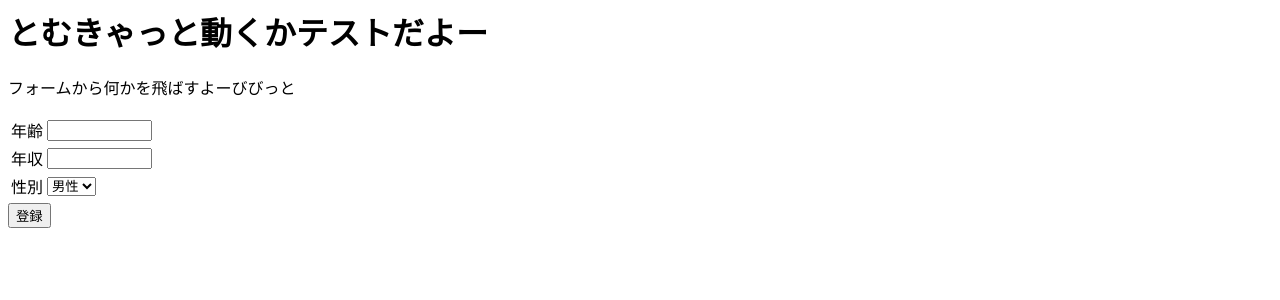
Repository: lunalice/01_START
Page: http://localhost/hello_world_now/
An editor plug-in stored every save of this project. The page is shown before and after the next save, followed by the edit.
The browser window is 1280 px wide. The pictures show the whole page.
The page is served by Tomcat 9.

Above is the page before, as saved 2018-02-06 01:36:29.

After the next save:
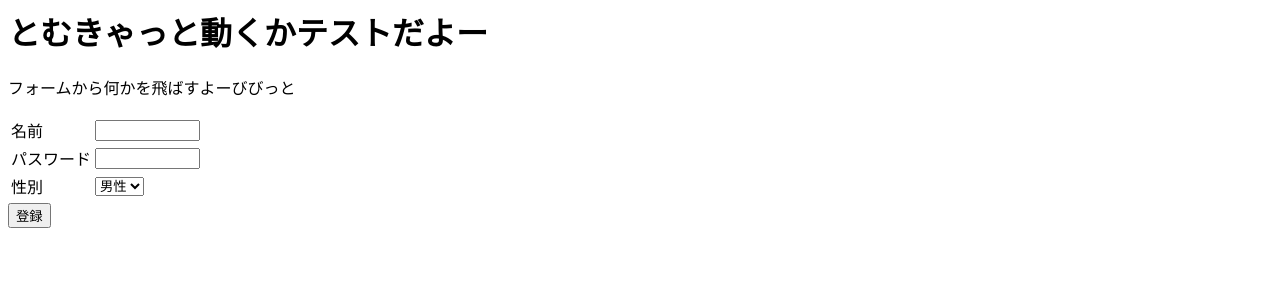
Saved 41 s later.
--- a/eclipse-workspace/hello_world_now/WebContent/index.jsp
+++ b/eclipse-workspace/hello_world_now/WebContent/index.jsp
@@ -12,12 +12,12 @@
 	<form action="testsabure" method="POST">
 		<table border="0">
 			<tr>
-				<td>年齢</td>
+				<td>名前</td>
 				<td><input type="text" size="10" value="" name="name"></td>
 			</tr>
 			<tr>
-				<td>年収</td>
-				<td><input type="text" size="10" value="" name="nensyu"></td>
+				<td>パスワード</td>
+				<td><input type="text" size="10" value="" name="password"></td>
 			</tr>
 			<tr>
 				<td>性別</td>
